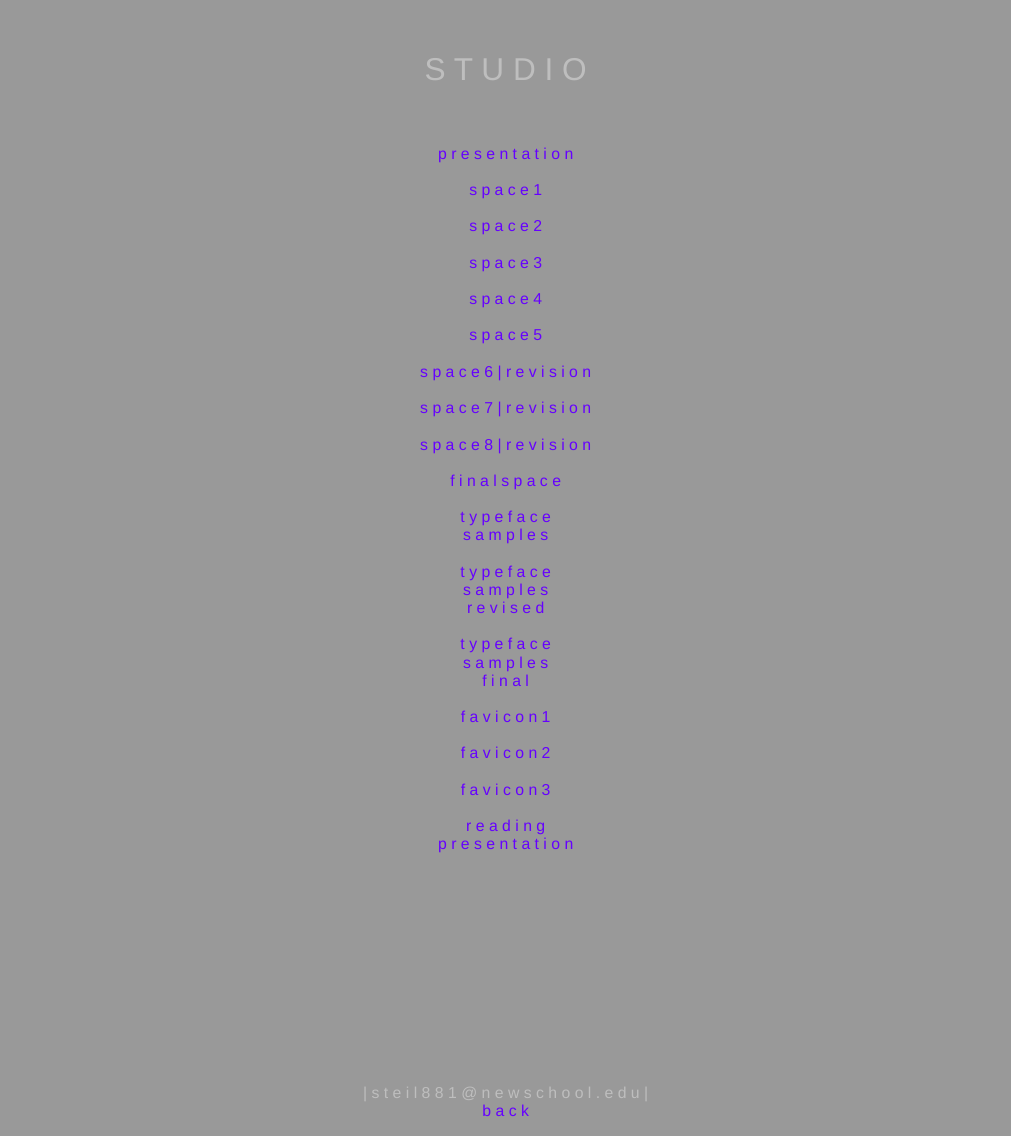
Repository: steil881/steil881.github.io
Page: studio/index.html
The author's editor kept a record of every edit. The page is drawn from the files as they stood at one moment, then again after the next edit.
The browser window is 1280 px wide. The pictures show the whole page, at 79% of full size.

Above is the page before.

### studio/index.html
<html>
    <head>
       <title>| interactive studio |</title>
       <style>

         h1 {
           font-family: 'Helvetica Neue', Helvetica, Arial, sans-serif;
           color: #BEBEBE;
           font-weight: lighter;
           font-size: 40px;
         }

         h2 {
           font-family: 'Helvetica Neue', Helvetica, Arial, sans-serif;
           font-weight: lighter;
           font-size: 20px;
         }

         h3 {
           font-family: 'Helvetica Neue', Helvetica, Arial, sans-serif;
           font-weight: lighter;
           font-size: 20px;
         }

        body {
           background-color: #999999;
           color: #BEBEBE;
        }

        a:link {
         color: #6600FF;
        }

        a:hover {
        color: #BEBEBE;
        }

        a:visited {
        background-color: none;
        }

       </style>

       <link rel="icon"
      type="image/png"
      href="/images/favicon1.png" />

    </head>
    <body>
      <code>
        <center>

        <br>
        <br>

        <h1>S T U D I O</h1>

        <br>
        <br>

        <h2>

        <a href="presentation/index.html" style="text-decoration:none" font-family= "'Helvetica Neue', Helvetica, Arial, sans-serif;">p r e s e n t a t i o n</a>

        <br>
        <br>

        <a href="space/1/index.html" style="text-decoration:none" font-family= "'Helvetica Neue', Helvetica, Arial, sans-serif;">s p a c e 1</a>

        <br>
        <br>

        <a href="space/2/index.html" style="text-decoration:none" font-family= "'Helvetica Neue', Helvetica, Arial, sans-serif;">s p a c e 2</a>

        <br>
        <br>

        <a href="space/3/index.html" style="text-decoration:none" font-family= "'Helvetica Neue', Helvetica, Arial, sans-serif;">s p a c e 3</a>

        <br>
        <br>

        <a href="space/4/index.html" style="text-decoration:none" font-family= "'Helvetica Neue', Helvetica, Arial, sans-serif;">s p a c e 4</a>

        <br>
        <br>

        <a href="space/5/index.html" style="text-decoration:none" font-family= "'Helvetica Neue', Helvetica, Arial, sans-serif;">s p a c e 5</a>

        <br>
        <br>

        <a href="space/6/index.html" style="text-decoration:none" font-family= "'Helvetica Neue', Helvetica, Arial, sans-serif;">s p a c e 6 | r e v i s i o n</a>

        <br>
        <br>

        <a href="space/7/index.html" style="text-decoration:none" font-family= "'Helvetica Neue', Helvetica, Arial, sans-serif;">s p a c e 7 | r e v i s i o n</a>

        <br>
        <br>

        <a href="space/8/index.html" style="text-decoration:none" font-family= "'Helvetica Neue', Helvetica, Arial, sans-serif;">s p a c e 8 | r e v i s i o n</a>

        <br>
        <br>

        <a href="space/final/index.html" style="text-decoration:none" font-family= "'Helvetica Neue', Helvetica, Arial, sans-serif;">f i n a l s p a c e</a>

        <br>
        <br>

        <a href="typeface/samples/index.html" style="text-decoration:none" font-family= "'Helvetica Neue', Helvetica, Arial, sans-serif;">t y p e f a c e <br> s a m p l e s</a>

        <br>
        <br>

        <a href="typeface/samples2/index.html" style="text-decoration:none" font-family= "'Helvetica Neue', Helvetica, Arial, sans-serif;">t y p e f a c e <br> s a m p l e s <br> r e v i s e d</a>

        <br>
        <br>

        <a href="typeface/final/index.html" style="text-decoration:none" font-family= "'Helvetica Neue', Helvetica, Arial, sans-serif;">t y p e f a c e <br> s a m p l e s <br> f i n a l</a>

        <br>
        <br>

        <a href="favicon/1/index.html" style="text-decoration:none" font-family= "'Helvetica Neue', Helvetica, Arial, sans-serif;">f a v i c o n 1</a>

        <br>
        <br>

        <a href="favicon/2/index.html" style="text-decoration:none" font-family= "'Helvetica Neue', Helvetica, Arial, sans-serif;">f a v i c o n 2</a>

        <br>
        <br>

        <a href="favicon/3/index.html" style="text-decoration:none" font-family= "'Helvetica Neue', Helvetica, Arial, sans-serif;">f a v i c o n 3</a>

        <br>
        <br>

        <a href="reading/index.html" style="text-decoration:none" font-family= "'Helvetica Neue', Helvetica, Arial, sans-serif;">r e a d i n g <br> p r e s e n t a t i o n</a>

        </h2>

        <br>
        <br>
        <br>
        <br>
        <br>
        <br>
        <br>
        <br>
        <br>
        <br>
        <br>
        <br>
        <br>
        <br>
        <br>
        <br>
        <br>

        <h3>

            | s t e i l 8 8 1 @ n e w s c h o o l . e d u |

            <br>

            <a href="../index.html" style="text-decoration:none" font-family= "'Helvetica Neue', Helvetica, Arial, sans-serif;"> b a c k </a>

        </h3>


        </center>
      </code>
    </body>
</html>

After the next edit:
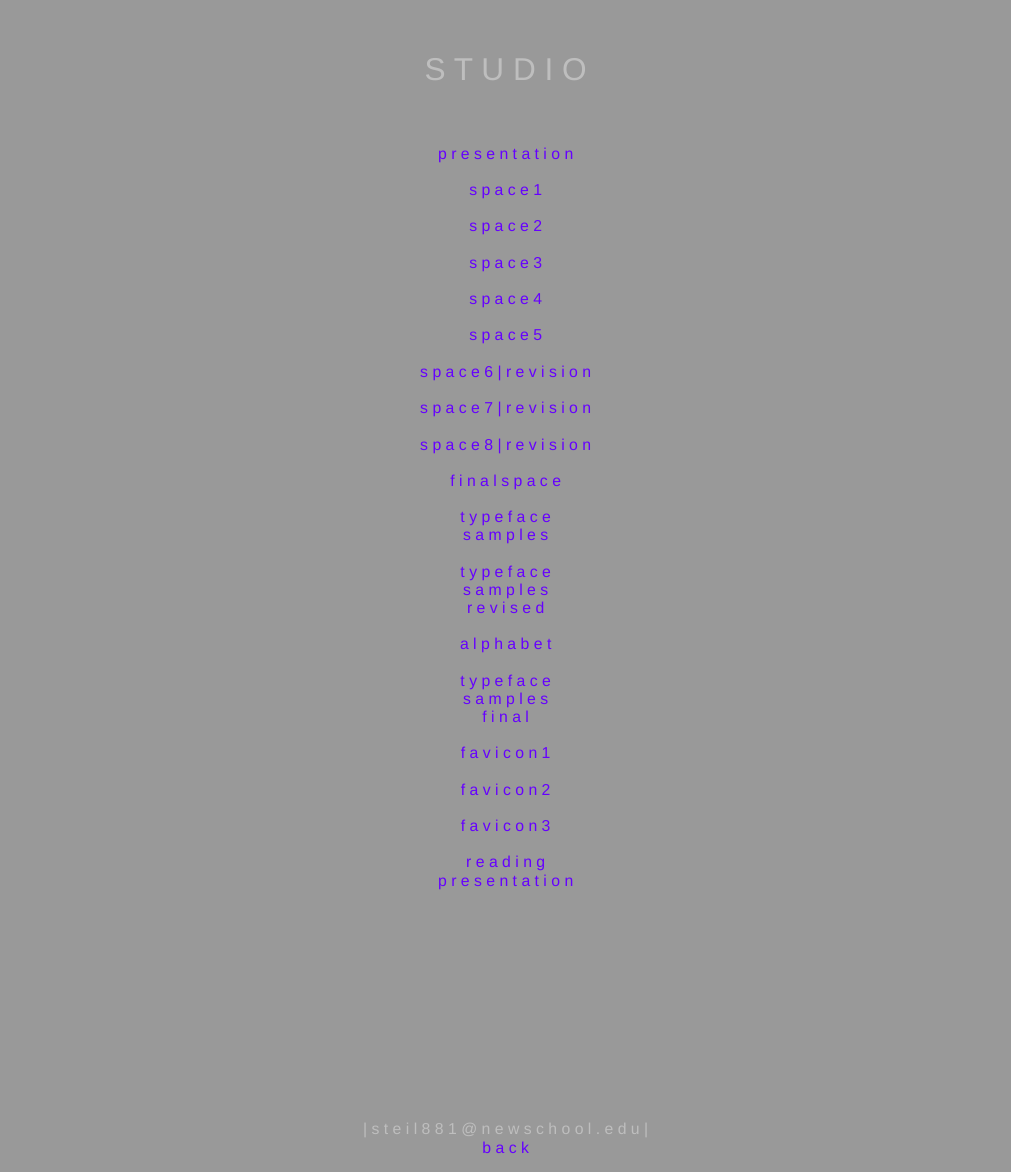
The edit:
--- a/studio/index.html
+++ b/studio/index.html
@@ -120,6 +120,11 @@
         <br>
         <br>
 
+        <a href="typeface/alphabet/index.html" style="text-decoration:none" font-family= "'Helvetica Neue', Helvetica, Arial, sans-serif;">a l p h a b e t</a>
+
+        <br>
+        <br>
+
         <a href="typeface/final/index.html" style="text-decoration:none" font-family= "'Helvetica Neue', Helvetica, Arial, sans-serif;">t y p e f a c e <br> s a m p l e s <br> f i n a l</a>
 
         <br>
